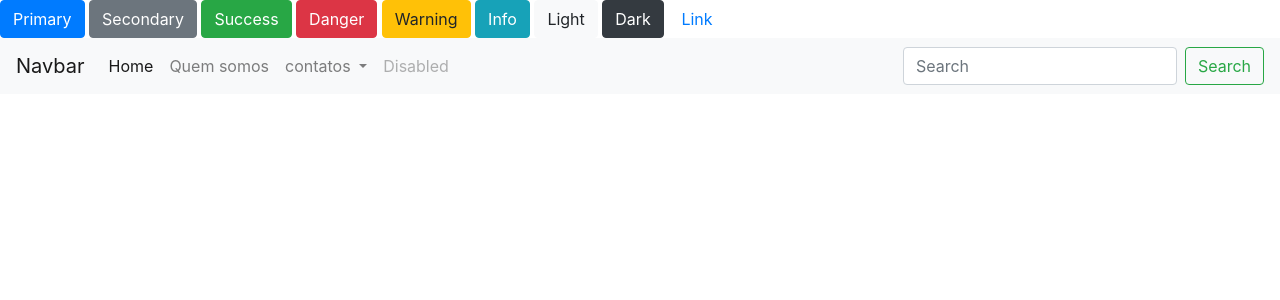
Repository: DaniloBaracho/bootstrap
Page: index.html
These files come from the project's save history. The page is drawn as it stood at one moment and after the next save; the edit follows.
The browser window is 1280 px wide. The pictures show the whole page.

Above is the page before, as saved 2020-05-31 17:07:09.

After the next save:
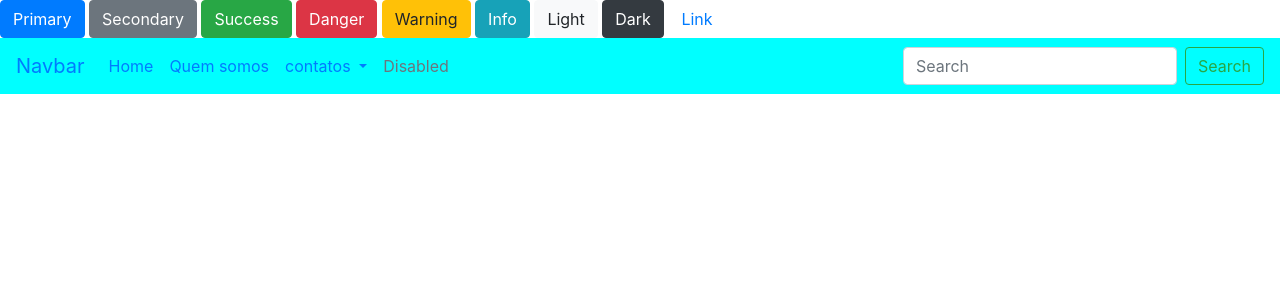
Saved 53 s later.
--- a/index.html
+++ b/index.html
@@ -18,7 +18,7 @@
         <button type="button" class="btn btn-light">Light</button>
         <button type="button" class="btn btn-dark">Dark</button>
         <button type="button" class="btn btn-link">Link</button>
-        <nav class="navbar navbar-expand-lg navbar-light bg-light">
+        <nav class="navbar navbar-expand-lg">
             <a class="navbar-brand" href="#">Navbar</a>
             <button class="navbar-toggler" type="button" data-toggle="collapse" data-target="#navbarSupportedContent" aria-controls="navbarSupportedContent" aria-expanded="false" aria-label="Toggle navigation">
               <span class="navbar-toggler-icon"></span>
